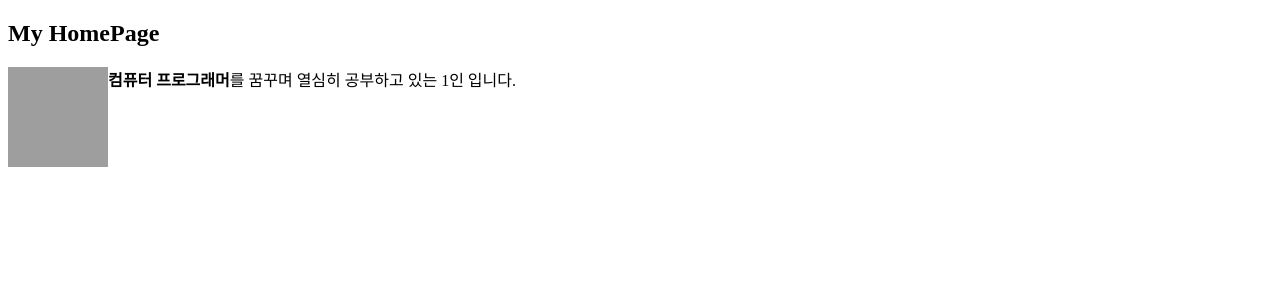
Repository: dhbaek2004/JSPex
Page: http://localhost/UX/MyHomePage.jsp
The author's editor kept a copy of each file at every save. The page is drawn from the files as they stood at one save, then again after the next save.
The browser window is 1280 px wide. The pictures show the whole page.
Pictures or frames that could not be fetched are drawn as grey boxes. The page is served by Tomcat 9.

Above is the page before, as saved 2020-08-26 07:08:51.

### Infrearn/UX/UX/WebContent/MyHomePage.jsp
<%@ page language="java" contentType="text/html; charset=EUC-KR"
    pageEncoding="EUC-KR"%>
<!DOCTYPE html>
<html>
<head>
<meta charset="EUC-KR">
<title>My HomePage</title>
</head>
<body>
	<h2>My HomePage</h2>
	<img src="americano.jpg" width="100" height="100" align="left">
	<strong>컴퓨터 프로그래머</strong>를 꿈꾸며 열심히 공부하고 있는 1인 입니다.
</body>
</html>

After the next save:
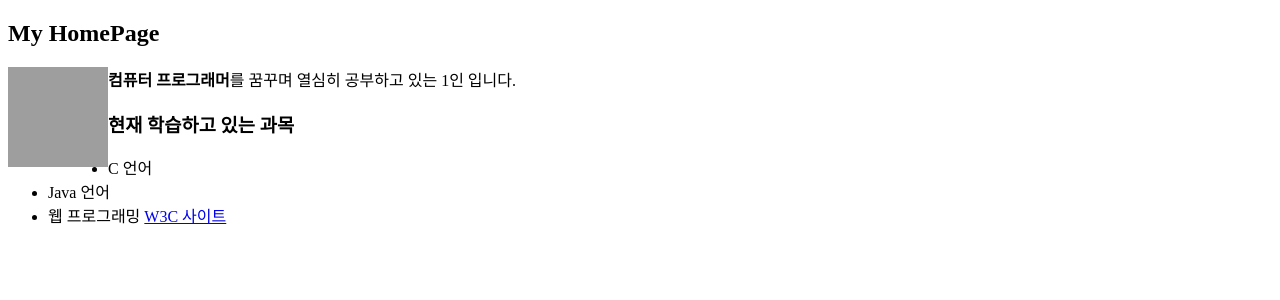
Saved 10 min 52 s later.
--- a/Infrearn/UX/UX/WebContent/MyHomePage.jsp
+++ b/Infrearn/UX/UX/WebContent/MyHomePage.jsp
@@ -9,6 +9,14 @@
 <body>
 	<h2>My HomePage</h2>
 	<img src="americano.jpg" width="100" height="100" align="left">
-	<strong>컴퓨터 프로그래머</strong>를 꿈꾸며 열심히 공부하고 있는 1인 입니다.
+	<strong>컴퓨터 프로그래머</strong>를 꿈꾸며 열심히 공부하고 있는 1인 입니다. <br>
+
+	<h3>현재 학습하고 있는 과목</h3>
+
+	<ul>
+		<li>C 언어</li>
+		<li>Java 언어</li>
+		<li>웹 프로그래밍 <a href="https://google.com/">W3C 사이트</a></li>
+	</ul>
 </body>
 </html>
